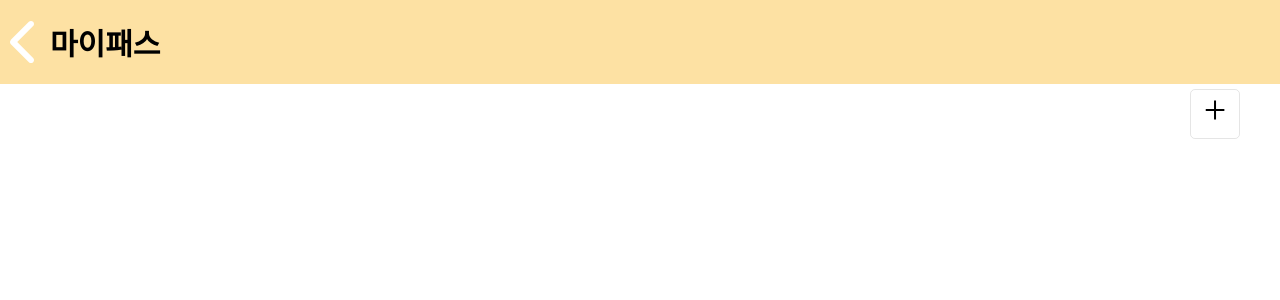
Repository: Lee-Front/myPath
Page: /
These files come from the project's save history. The page is drawn as it stood at one moment and after the next save; the edit follows.
The browser window is 1280 px wide. The pictures show the whole page.
The page's requests for data from a server got no answer. The project was rebuilt for these pictures with package versions that can differ from the ones it lists, and the page was loaded fresh each time. No one was signed in, and anything a server would have sent is missing. Also part of the build but not shown: src/pages/PathDetail.js, src/components/career/Editor/EditComponent.js, src/components/career/Editor/EditorTag/ImageTag.js, src/components/career/Editor/EditorTag/MultipleTag.js, src/components/career/Editor/EditorTag/CheckBoxTag.js, src/components/career/Editor/EditorTag/BulletPointTag.js, src/components/career/Editor/EditBranchComponent.js, src/components/common/PopupMenu.js and 4 more.

Above is the page before, as saved 2023-05-25 22:58:03.

After the next save:
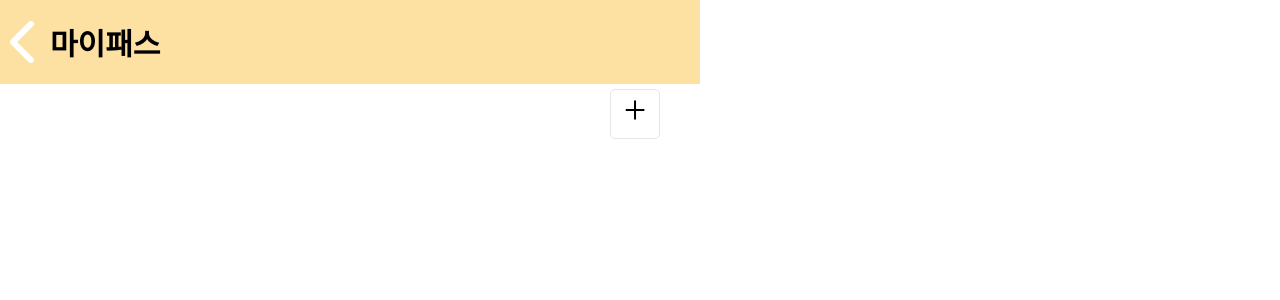
Saved 2 min 41 s later.
--- a/src/App.css
+++ b/src/App.css
@@ -52,6 +52,7 @@ html{
   overflow: hidden;
   font-size: 62.5%;
   min-width: 34rem;
+  max-width: 70rem;
 }
 
 a{
